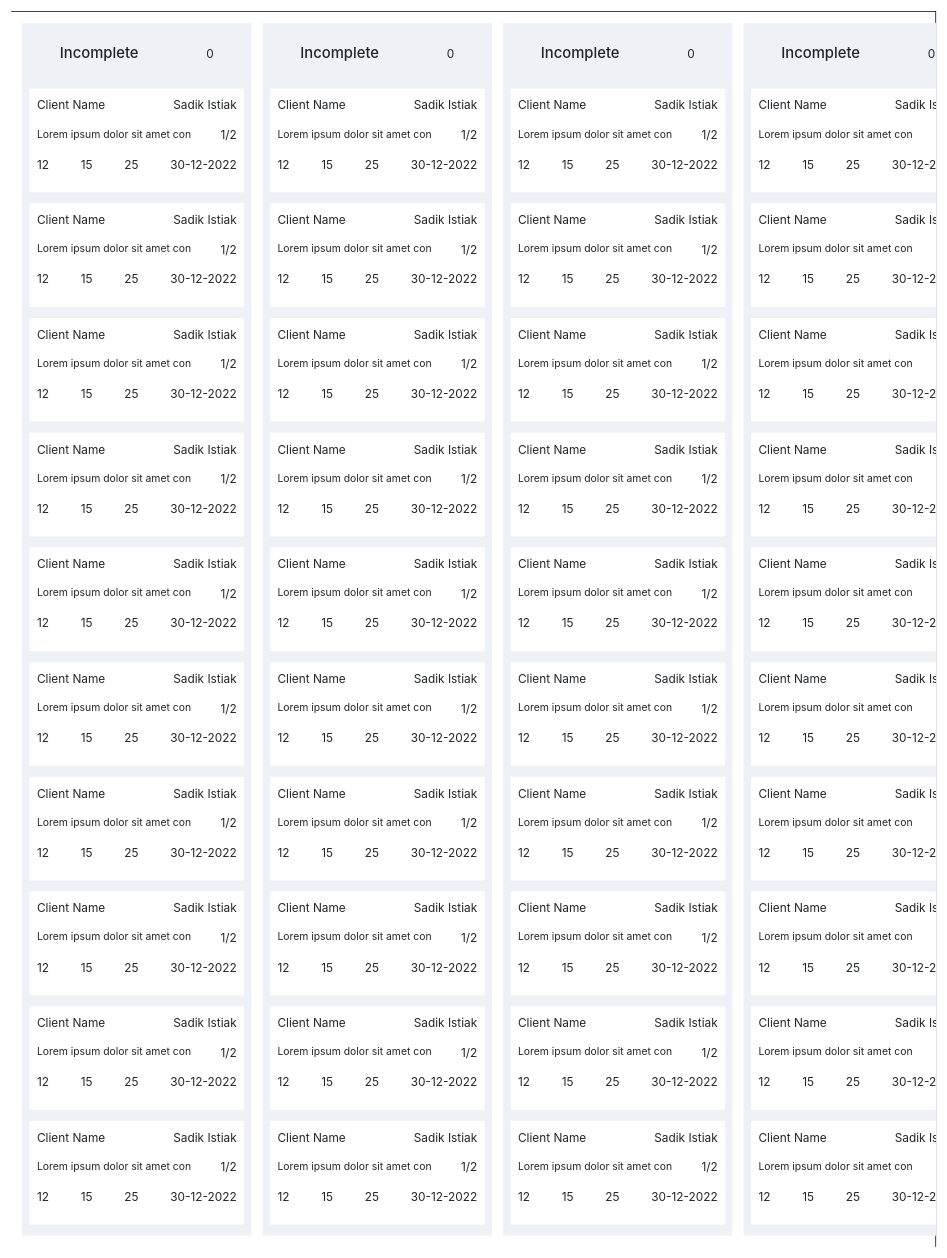
Repository: Sharif-00112/dashboard-task-frontend
Page: /
An editor plug-in stored every save of this project. The page is shown before and after the next save, followed by the edit.
The browser window is 1280 px wide. The pictures show the whole page, at 74% of full size.
The project was rebuilt for these pictures with package versions that can differ from the ones it lists, and the page was loaded fresh each time.

Above is the page before, as saved 2023-01-28 21:20:45.

### src/index.js
import React from 'react';
import 'bootstrap/dist/css/bootstrap.css';
import ReactDOM from 'react-dom/client';
import './index.css';
import App from './App';
import reportWebVitals from './reportWebVitals';

const root = ReactDOM.createRoot(document.getElementById('root'));
root.render(
  <React.StrictMode>
    <App />
  </React.StrictMode>
);

// If you want to start measuring performance in your app, pass a function
// to log results (for example: reportWebVitals(console.log))
// or send to an analytics endpoint. Learn more: https://bit.ly/CRA-vitals
reportWebVitals();

### src/App.js
import './App.css';
import Dashboard from './Components/Dashboard';
import './Components/styles.css'

function App() {
  return (
    <div className="App">
      <Dashboard></Dashboard>
    </div>
  );
}

export default App;

### src/Components/Dashboard.js
import React from 'react';
import Incomplete from './Incomplete';

const Dashboard = () => {
    return (
        <div className='dashboard landing'  style={{overflowX:"scroll"}} >
            <Incomplete></Incomplete>
            <Incomplete></Incomplete>
            <Incomplete></Incomplete>
            <Incomplete></Incomplete>
            <Incomplete></Incomplete>
            <Incomplete></Incomplete>
        </div>
    );
};

export default Dashboard;

### src/Components/styles.css
.background{
    background-color: rgb(238, 241, 245);
}

.section-container{
    width: 310px;
    height: auto;
}

.task-part{
    display: flex;
    justify-content: space-between;
}

.task-title{
    display: flex;
    justify-content: space-around;
    padding: 5px;
}

.task{
    background-color: white;
    margin: 15px 10px;
    padding: 10px;
}

.dashboard{
    display: grid;
    grid-template-columns: 1fr 1fr 1fr 1fr 1fr 1fr;
    grid-gap: 15px;
}

.landing{
    border-top: 1px solid black;
    border-right: 1px solid black;
    padding: 15px;
    margin: 15px;
    width: auto;
}

### src/Components/Incomplete.js
import React, { useState } from 'react';
import { useEffect } from 'react';
import './styles.css';
import Task from './Task';

const Incomplete = () => {
    const [tasks, setTasks] = useState([]);
    useEffect( ()=> {
        fetch('./tasks.JSON')
        .then(res => res.json())
        .then(data => setTasks(data))
    } ,[])
    return (
        <div className='background pt-4'>
            <div className="task-title">
                <h5>Incomplete</h5>
                <p>0</p>
            </div>
            <div style={{overflowY:"scroll"}} className="section-container">
                <div className="task-container">
                    {
                        tasks.map(task => <Task
                            key={task.taskNo}
                            task={task}
                        ></Task>)
                    }
                </div>
            </div>
        </div>
    );
};

export default Incomplete;

### src/Components/Task.js
import React from 'react';
import './styles.css';

const Task = (props) => {
    const {clientName, clientImg, supervisorName, supervisorImg, taskSummary, progress, staff1Img, staff2Img, modules, message, attachment, date} = props.task;
    return (
        <div className='task'>
            <div className="task-part">
                <p>{clientName}</p>
                <p>{supervisorName}</p>
            </div>
            <div className="task-part">
                <small>{taskSummary.substring(0,30)}</small>
                <p>{progress}</p>
            </div>
            <div className="task-part">
                <p>{modules}</p>
                <p>{message}</p>
                <p>{attachment}</p>
                <p>{date}</p>
            </div>
        </div>
    );
};

export default Task;

### public/tasks.JSON
[
  {
    "taskNo": 1,
    "clientName": "Client Name",
    "clientImg": "clientIMG.jpg",
    "supervisorName": "Sadik Istiak",
    "supervisorImg": "supervisorIMG.jpg",
    "taskSummary": "Lorem ipsum dolor sit amet consectetur adipisicing elit. Pariatur velit nemo accusamus. Dolorum, doloribus quisquam unde repellat iusto voluptatum quasi?",
    "progress": "1/2",
    "staff1Img": "staff1.jpg",
    "staff2Img": "staff2.jpg",
    "modules": 12,
    "message": 15,
    "attachment": 25,
    "date": "30-12-2022"
  },
  {
    "taskNo": 2,
    "clientName": "Client Name",
    "clientImg": "clientIMG.jpg",
    "supervisorName": "Sadik Istiak",
    "supervisorImg": "supervisorIMG.jpg",
    "taskSummary": "Lorem ipsum dolor sit amet consectetur adipisicing elit. Pariatur velit nemo accusamus. Dolorum, doloribus quisquam unde repellat iusto voluptatum quasi?",
    "progress": "1/2",
    "staff1Img": "staff1.jpg",
    "staff2Img": "staff2.jpg",
    "modules": 12,
    "message": 15,
    "attachment": 25,
    "date": "30-12-2022"
  },
  {
    "taskNo": 3,
    "clientName": "Client Name",
    "clientImg": "clientIMG.jpg",
    "supervisorName": "Sadik Istiak",
    "supervisorImg": "supervisorIMG.jpg",
    "taskSummary": "Lorem ipsum dolor sit amet consectetur adipisicing elit. Pariatur velit nemo accusamus. Dolorum, doloribus quisquam unde repellat iusto voluptatum quasi?",
    "progress": "1/2",
    "staff1Img": "staff1.jpg",
    "staff2Img": "staff2.jpg",
    "modules": 12,
    "message": 15,
    "attachment": 25,
    "date": "30-12-2022"
  },
  {
    "taskNo": 4,
    "clientName": "Client Name",
    "clientImg": "clientIMG.jpg",
    "supervisorName": "Sadik Istiak",
    "supervisorImg": "supervisorIMG.jpg",
    "taskSummary": "Lorem ipsum dolor sit amet consectetur adipisicing elit. Pariatur velit nemo accusamus. Dolorum, doloribus quisquam unde repellat iusto voluptatum quasi?",
    "progress": "1/2",
    "staff1Img": "staff1.jpg",
    "staff2Img": "staff2.jpg",
    "modules": 12,
    "message": 15,
    "attachment": 25,
    "date": "30-12-2022"
  },
  {
    "taskNo": 5,
    "clientName": "Client Name",
    "clientImg": "clientIMG.jpg",
    "supervisorName": "Sadik Istiak",
    "supervisorImg": "supervisorIMG.jpg",
    "taskSummary": "Lorem ipsum dolor sit amet consectetur adipisicing elit. Pariatur velit nemo accusamus. Dolorum, doloribus quisquam unde repellat iusto voluptatum quasi?",
    "progress": "1/2",
    "staff1Img": "staff1.jpg",
    "staff2Img": "staff2.jpg",
    "modules": 12,
    "message": 15,
    "attachment": 25,
    "date": "30-12-2022"
  },
  {
    "taskNo": 6,
    "clientName": "Client Name",
    "clientImg": "clientIMG.jpg",
    "supervisorName": "Sadik Istiak",
    "supervisorImg": "supervisorIMG.jpg",
    "taskSummary": "Lorem ipsum dolor sit amet consectetur adipisicing elit. Pariatur velit nemo accusamus. Dolorum, doloribus quisquam unde repellat iusto voluptatum quasi?",
    "progress": "1/2",
    "staff1Img": "staff1.jpg",
    "staff2Img": "staff2.jpg",
    "modules": 12,
    "message": 15,
    "attachment": 25,
    "date": "30-12-2022"
  },
  {
    "taskNo": 7,
    "clientName": "Client Name",
    "clientImg": "clientIMG.jpg",
    "supervisorName": "Sadik Istiak",
    "supervisorImg": "supervisorIMG.jpg",
    "taskSummary": "Lorem ipsum dolor sit amet consectetur adipisicing elit. Pariatur velit nemo accusamus. Dolorum, doloribus quisquam unde repellat iusto voluptatum quasi?",
    "progress": "1/2",
    "staff1Img": "staff1.jpg",
    "staff2Img": "staff2.jpg",
    "modules": 12,
    "message": 15,
    "attachment": 25,
    "date": "30-12-2022"
  },
  {
    "taskNo": 8,
    "clientName": "Client Name",
    "clientImg": "clientIMG.jpg",
    "supervisorName": "Sadik Istiak",
    "supervisorImg": "supervisorIMG.jpg",
    "taskSummary": "Lorem ipsum dolor sit amet consectetur adipisicing elit. Pariatur velit nemo accusamus. Dolorum, doloribus quisquam unde repellat iusto voluptatum quasi?",
    "progress": "1/2",
    "staff1Img": "staff1.jpg",
    "staff2Img": "staff2.jpg",
    "modules": 12,
    "message": 15,
    "attachment": 25,
    "date": "30-12-2022"
  },
  {
    "taskNo": 9,
    "clientName": "Client Name",
    "clientImg": "clientIMG.jpg",
    "supervisorName": "Sadik Istiak",
    "supervisorImg": "supervisorIMG.jpg",
    "taskSummary": "Lorem ipsum dolor sit amet consectetur adipisicing elit. Pariatur velit nemo accusamus. Dolorum, doloribus quisquam unde repellat iusto voluptatum quasi?",
    "progress": "1/2",
    "staff1Img": "staff1.jpg",
    "staff2Img": "staff2.jpg",
    "modules": 12,
    "message": 15,
    "attachment": 25,
    "date": "30-12-2022"
  },
  {
    "taskNo": 10,
    "clientName": "Client Name",
    "clientImg": "clientIMG.jpg",
    "supervisorName": "Sadik Istiak",
    "supervisorImg": "supervisorIMG.jpg",
    "taskSummary": "Lorem ipsum dolor sit amet consectetur adipisicing elit. Pariatur velit nemo accusamus. Dolorum, doloribus quisquam unde repellat iusto voluptatum quasi?",
    "progress": "1/2",
    "staff1Img": "staff1.jpg",
    "staff2Img": "staff2.jpg",
    "modules": 12,
    "message": 15,
    "attachment": 25,
    "date": "30-12-2022"
  }
]

Loaded but not shown: public/index.html (common file); src/index.css (common file); src/reportWebVitals.js (common file); src/App.css (common file)

After the next save:
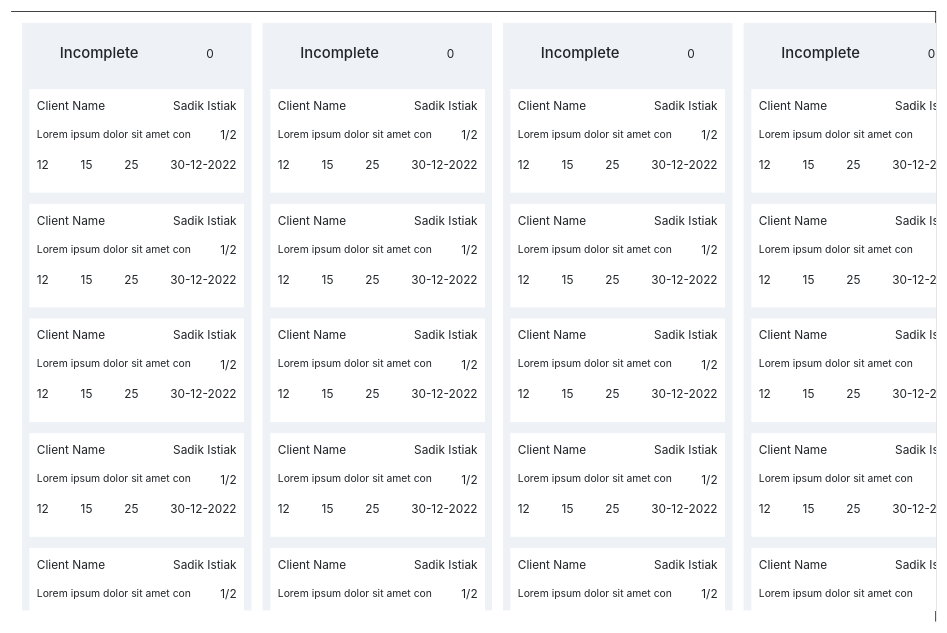
Saved 15 s later.
--- a/src/Components/styles.css
+++ b/src/Components/styles.css
@@ -4,7 +4,7 @@
 
 .section-container{
     width: 310px;
-    height: auto;
+    height: 720px;
 }
 
 .task-part{
